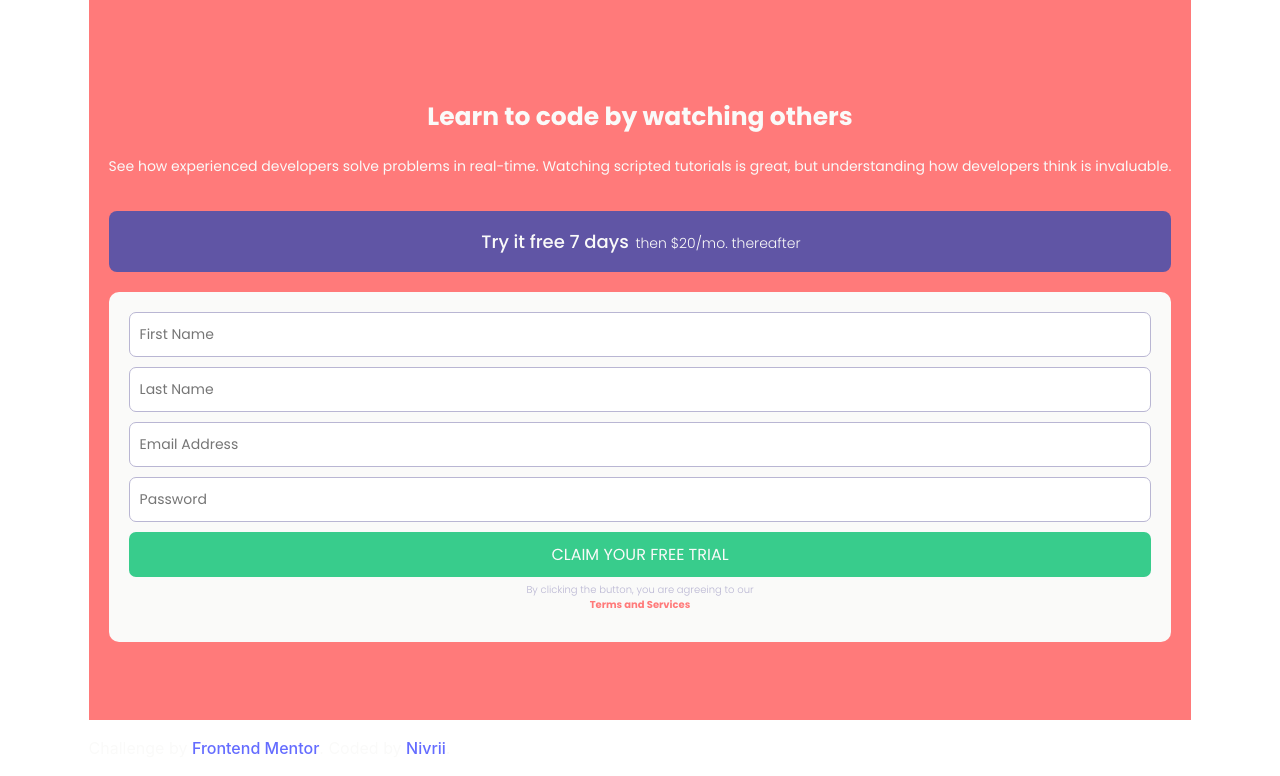
Repository: nivrii/intro-component-with-signup
Page: /
An editor plug-in stored every save of this project. The page is shown before and after the next save, followed by the edit.
The browser window is 1280 px wide. The pictures show the whole page.
The project was rebuilt for these pictures with package versions that can differ from the ones it lists, and the page was loaded fresh each time. Also part of the build but not shown: vite.config.js.

Above is the page before, as saved 2023-10-12 12:03:05.

After the next save:
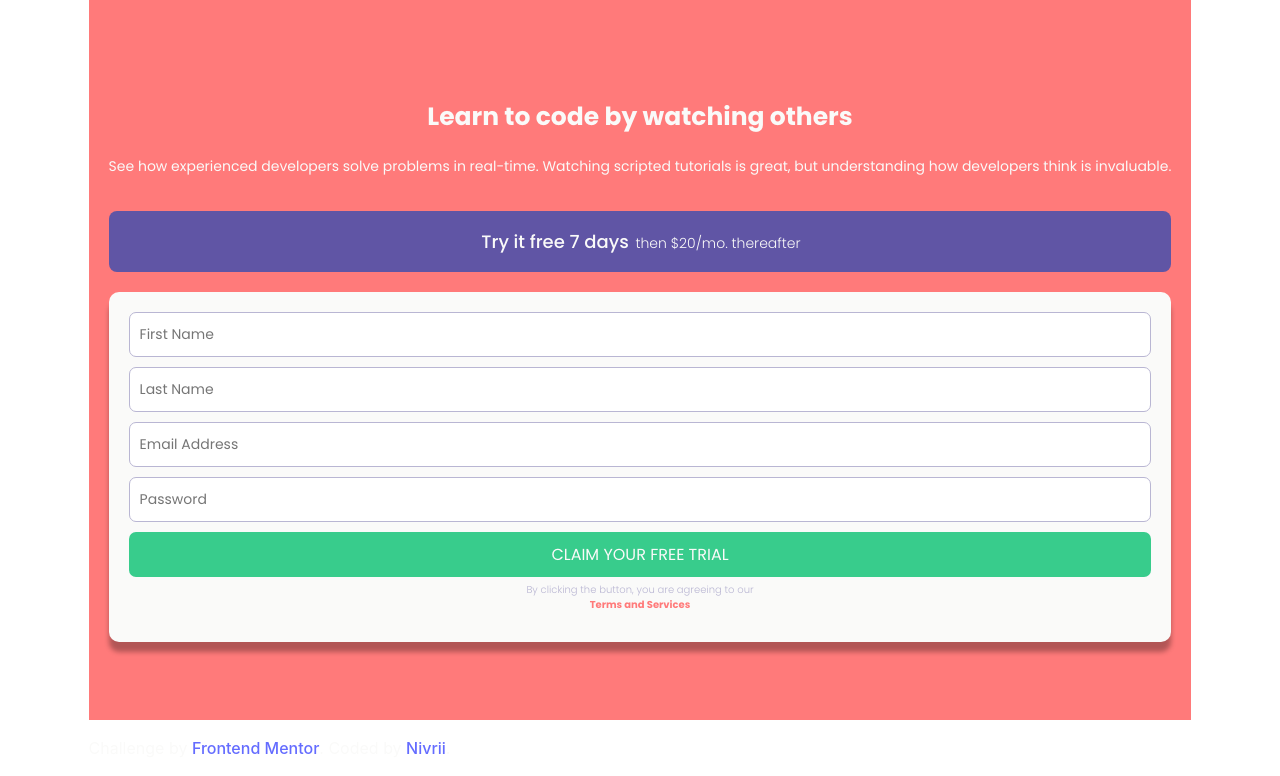
Saved 4 s later.
--- a/src/Form/Form.css
+++ b/src/Form/Form.css
@@ -8,7 +8,7 @@
   padding: 20px;
   gap: 10px;
   border-radius: 10px;
-  box-shadow: 0 10px 5px rgba(0, 0, 0, 0.);
+  box-shadow: 0 10px 5px rgba(0, 0, 0, 0.3);
   & .input,
   .btn {
     height: 45px;
